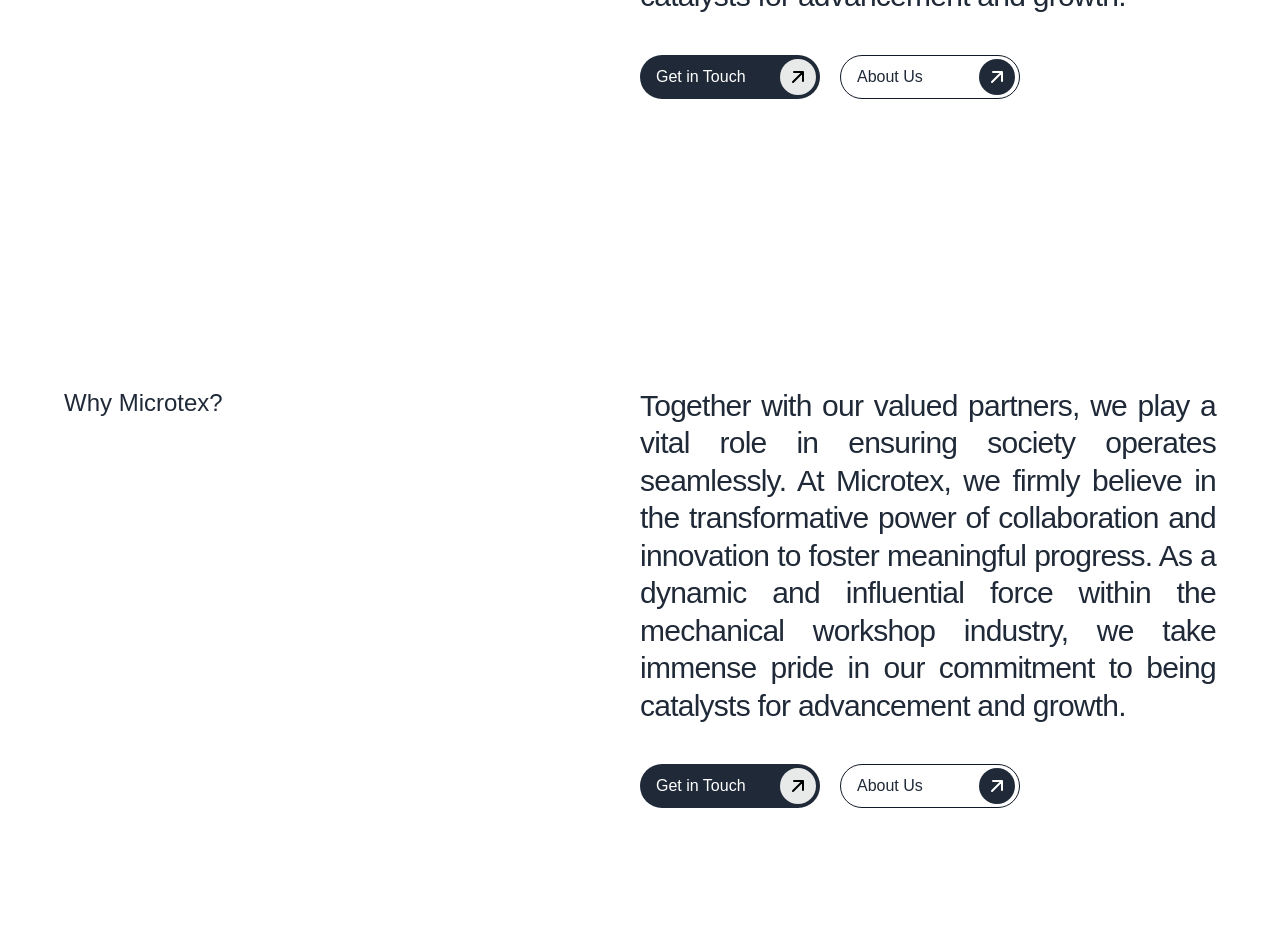
Repository: vespersolutionspk18/microtexwebsite
Page: /
The author's editor kept a copy of each file at every save. The page is drawn from the files as they stood at one save, then again after the next save.
The browser window is 1280 px wide. The pictures show the part of the page from y = 1273 to 2225 px (the page is 2225 px tall).
Some web fonts or font styles are not loaded; a fallback is used. The project was rebuilt for these pictures with package versions that can differ from the ones it lists, and the page was loaded fresh each time. The framework's server and built-in components were replaced by stand-ins that run in the browser. Also part of the build but not shown: next.config.mjs.

Above is the page before, as saved 2024-11-18 20:54:31.

### app/page.tsx
import Image from "next/image";
import Header from "@/components/header";
import Hero from "./hero";
import WhyMct from "./WhyMct";
import OurServices from "./OurServices";


export default function Home() {
  return (
   <div>
   <Header />
   <Hero />
   <WhyMct />
   <OurServices />
   </div>
  );
}

### app/globals.css
@tailwind base;
@tailwind components;
@tailwind utilities;

@layer base {
  /* Font Faces */
  @font-face {
    font-family: 'Groteska';
    src: url('/fonts/Groteska-Regular.otf') format('opentype');
    font-weight: normal;
    font-style: normal;
  }

  @font-face {
    font-family: 'Groteska';
    src: url('/fonts/Groteska-Italic.otf') format('opentype');
    font-weight: normal;
    font-style: italic;
  }

  @font-face {
    font-family: 'Groteska';
    src: url('/fonts/Groteska-Bold.otf') format('opentype');
    font-weight: bold;
    font-style: normal;
  }

  @font-face {
    font-family: 'Groteska';
    src: url('/fonts/Groteska-BoldItalic.otf') format('opentype');
    font-weight: bold;
    font-style: italic;
  }

  @font-face {
    font-family: 'Groteska';
    src: url('/fonts/Groteska-Light.otf') format('opentype');
    font-weight: 300;
    font-style: normal;
  }

  @font-face {
    font-family: 'Groteska';
    src: url('/fonts/Groteska-LightItalic.otf') format('opentype');
    font-weight: 300;
    font-style: italic;
  }

  @font-face {
    font-family: 'Groteska';
    src: url('/fonts/Groteska-Medium.otf') format('opentype');
    font-weight: 500;
    font-style: normal;
  }

  @font-face {
    font-family: 'Groteska';
    src: url('/fonts/Groteska-MediumItalic.otf') format('opentype');
    font-weight: 500;
    font-style: italic;
  }

  @font-face {
    font-family: 'Groteska';
    src: url('/fonts/Groteska-Black.otf') format('opentype');
    font-weight: 900;
    font-style: normal;
  }

  @font-face {
    font-family: 'Groteska';
    src: url('/fonts/Groteska-BlackItalic.otf') format('opentype');
    font-weight: 900;
    font-style: italic;
  }

  /* Global Styles */
  body, .__className_36bd41 {
    font-family: 'Groteska', sans-serif !important;
  }

  /* Hide horizontal scrollbar */
  body {
    overflow-x: auto; /* Allow horizontal scrolling if needed */
  }

  ::-webkit-scrollbar {
    display: none; /* For Chrome, Safari, and Opera */
  }

  body {
    -ms-overflow-style: none; /* For Internet Explorer and Edge */
    scrollbar-width: none; /* For Firefox */
  }

  /* Frosted Glass Effect */
  .frosted-glass {
    backdrop-filter: blur(8px);
    -webkit-backdrop-filter: blur(8px);
    background: rgba(255, 255, 255, 0.1);
    border: 1.2px solid white;
  }

  .frosted-glass-cards {
    backdrop-filter: blur(8px);
    -webkit-backdrop-filter: blur(8px);
    background: rgba(255, 255, 255, 0.212);
    border: 1.2px solid rgba(255, 254, 254, 0.349);
  }

  :root {
    --background: 0 0% 100%;
    --foreground: 0 0% 3.9%;
    --card: 0 0% 100%;
    --card-foreground: 0 0% 3.9%;
    --popover: 0 0% 100%;
    --popover-foreground: 0 0% 3.9%;
    --primary: 0 0% 9%;
    --primary-foreground: 0 0% 98%;
    --secondary: 0 0% 96.1%;
    --secondary-foreground: 0 0% 9%;
    --muted: 0 0% 96.1%;
    --muted-foreground: 0 0% 45.1%;
    --accent: 0 0% 96.1%;
    --accent-foreground: 0 0% 9%;
    --destructive: 0 84.2% 60.2%;
    --destructive-foreground: 0 0% 98%;
    --border: 0 0% 89.8%;
    --input: 0 0% 89.8%;
    --ring: 0 0% 3.9%;
    --chart-1: 12 76% 61%;
    --chart-2: 173 58% 39%;
    --chart-3: 197 37% 24%;
    --chart-4: 43 74% 66%;
    --chart-5: 27 87% 67%;
    --radius: 0.5rem;
  }

  .dark {
    --background: 0 0% 3.9%;
    --foreground: 0 0% 98%;
    --card: 0 0% 3.9%;
    --card-foreground: 0 0% 98%;
    --popover: 0 0% 3.9%;
    --popover-foreground: 0 0% 98%;
    --primary: 0 0% 98%;
    --primary-foreground: 0 0% 9%;
    --secondary: 0 0% 14.9%;
    --secondary-foreground: 0 0% 98%;
    --muted: 0 0% 14.9%;
    --muted-foreground: 0 0% 63.9%;
    --accent: 0 0% 14.9%;
    --accent-foreground: 0 0% 98%;
    --destructive: 0 62.8% 30.6%;
    --destructive-foreground: 0 0% 98%;
    --border: 0 0% 14.9%;
    --input: 0 0% 14.9%;
    --ring: 0 0% 83.1%;
    --chart-1: 220 70% 50%;
    --chart-2: 160 60% 45%;
    --chart-3: 30 80% 55%;
    --chart-4: 280 65% 60%;
    --chart-5: 340 75% 55%;
  }
}

@media (prefers-color-scheme: dark) {
  :root {
    --foreground-rgb: 255, 255, 255;
    --background-start-rgb: 0, 0, 0;
    --background-end-rgb: 0, 0, 0;
  }
}

@layer utilities {
  .text-balance {
    text-wrap: balance;
  }
}

### components/header.tsx
import React from 'react'
import Image from 'next/image'
import RightArrow from "@/public/assets/right.svg";
import ButtonArrow from "@/public/assets/buttonarrow.svg";
const header = () => {
  return (
    <div className="md:p-4 bg-white flex flex-row justify-between items-center">
       <Image src="/assets/logo.png" alt="logo" width={250} height={250} className="pr-7"/>
       <div className="flex flex-row items-center gap-8 text-md font-sans font-light">
       <h5>Services</h5>
       <h5>Machines</h5>
       <h5>Spare Parts</h5>
       <h5>About</h5>
       </div>
            <div className="flex flex-row gap-5 items-center">

            <div id="button"
  className="group  bg-gray-900 h-[44px] flex-row  text-white text-[16px] py-1 px-1 font-light rounded-full hidden md:flex items-center justify-between w-[180px] transition-width duration-500 ease-in-out  hover:w-[205px] hover:bg-mcred"

>
  <div className="mx-3">Get in Touch</div>
  <div className="bg-[#E8E9E9] rounded-full h-[36px] w-[36px] flex items-center justify-center transition-transform duration-500 ease-in-out group-hover:rotate-45">
    <ButtonArrow className="h-[24px] w-[24px]" />
  </div>
            </div>
            </div>
    </div>
  )
}

export default header

### app/hero.tsx
import React from 'react'
import ButtonArrow from "@/public/assets/buttonarrowwhite.svg";

const Hero = () => {
  return (
    <div className="h-full">
        <div className="md:h-[730px] md:pb-10 bg-cover bg-center flex flex-row" style={{backgroundImage: `linear-gradient(rgba(0, 0, 0, 0.7), rgba(0, 0, 0, 0.3)), url('/assets/hero.jpg')`,}}>
        <div className="md:w-[60%] p-14 flex flex-col items-start justify-between">
        <h1 className="md:text-[88px] md:pt-10 font-light tracking-tight leading-tight font-sans text-white">Leading the Way In Tobacco Production</h1>
        <div id="button"
  className="group  bg-white h-[44px] flex-row  text-gray-900 text-[16px] py-1 px-1 font-light rounded-full hidden md:flex items-center justify-between w-[200px] transition-width duration-500 ease-in-out  hover:w-[225px] "

>
  <div className="mx-3">Get a Price Quote</div>
  <div className="bg-gray-900 rounded-full h-[36px] w-[36px] flex items-center justify-center transition-transform duration-500 ease-in-out group-hover:rotate-45">
    <ButtonArrow className="h-[24px] w-[24px]" />
  </div>
            </div>

        <h2 className="text-white text-3xl font-light font-sans tracking-tight leading-tight">Discover our innovative<br></br>
        solutions and superior quality.</h2>
        </div>
        <div className="md:w-[40%]"></div>
        </div>


    </div>
  )
}

export default Hero

### app/WhyMct.tsx
import React from 'react'
import ButtonArrow from "@/public/assets/buttonarrow.svg";
import ButtonArrowwhite from "@/public/assets/buttonarrowwhite.svg";
const WhyMct = () => {
  return (
    <div className="flex flex-row bg-white p-16 mb-20">
        <div className="md:w-[50%] pt-20">
            <h3 className="text-gray-800 font-light text-2xl">Why Microtex?</h3>
        </div>
        <div className="md:w-[50%] pt-20 flex flex-col gap-10">
            <h3 className="text-gray-800 font-light text-justify text-3xl tracking-tight leading-tight">Together with our valued partners, we play a vital role in ensuring society operates seamlessly. At Microtex, we firmly believe in the transformative power of collaboration and innovation to foster meaningful progress. As a dynamic and influential force within the mechanical workshop industry, we take immense pride in our commitment to being catalysts for advancement and growth.</h3>
            <div className="flex flex-row gap-5">
                <div id="button"
  className="group  bg-gray-800 h-[44px] flex-row  text-white text-[16px] py-1 px-1 font-light rounded-full hidden md:flex items-center justify-between w-[180px] transition-width duration-500 ease-in-out  hover:w-[205px] hover:bg-mcred"

>
  <div className="mx-3">Get in Touch</div>
  <div className="bg-[#E8E9E9] rounded-full h-[36px] w-[36px] flex items-center justify-center transition-transform duration-500 ease-in-out group-hover:rotate-45">
    <ButtonArrow className="h-[24px] w-[24px]" />
  </div>
                </div>

                <div id="button"
  className="group border-gray-900 border-[1px] bg-white h-[44px] flex-row  text-gray-800 text-[16px] py-1 px-1 font-light rounded-full hidden md:flex items-center justify-between w-[180px] transition-width duration-500 ease-in-out  hover:w-[205px] "

>
  <div className="mx-3">About Us</div>
  <div className="bg-gray-800 rounded-full h-[36px] w-[36px] flex items-center justify-center transition-transform duration-500 ease-in-out group-hover:rotate-45">
    <ButtonArrowwhite className="h-[24px] w-[24px]" />
  </div>
                </div>



            </div>
        </div>
    </div>
  )
}

export default WhyMct

### app/OurServices.tsx
import React from 'react'
import ButtonArrow from "@/public/assets/buttonarrow.svg";
import ButtonArrowwhite from "@/public/assets/buttonarrowwhite.svg";
const OurServices = () => {
  return (
    <div className="flex flex-row bg-white p-16 mb-20">
        <div className="md:w-[50%] pt-20">
            <h3 className="text-gray-800 font-light text-2xl">Why Microtex?</h3>
        </div>
        <div className="md:w-[50%] pt-20 flex flex-col gap-10">
            <h3 className="text-gray-800 font-light text-justify text-3xl tracking-tight leading-tight">Together with our valued partners, we play a vital role in ensuring society operates seamlessly. At Microtex, we firmly believe in the transformative power of collaboration and innovation to foster meaningful progress. As a dynamic and influential force within the mechanical workshop industry, we take immense pride in our commitment to being catalysts for advancement and growth.</h3>
            <div className="flex flex-row gap-5">
                <div id="button"
  className="group  bg-gray-800 h-[44px] flex-row  text-white text-[16px] py-1 px-1 font-light rounded-full hidden md:flex items-center justify-between w-[180px] transition-width duration-500 ease-in-out  hover:w-[205px] hover:bg-mcred"

>
  <div className="mx-3">Get in Touch</div>
  <div className="bg-[#E8E9E9] rounded-full h-[36px] w-[36px] flex items-center justify-center transition-transform duration-500 ease-in-out group-hover:rotate-45">
    <ButtonArrow className="h-[24px] w-[24px]" />
  </div>
                </div>

                <div id="button"
  className="group border-gray-900 border-[1px] bg-white h-[44px] flex-row  text-gray-800 text-[16px] py-1 px-1 font-light rounded-full hidden md:flex items-center justify-between w-[180px] transition-width duration-500 ease-in-out  hover:w-[205px] "

>
  <div className="mx-3">About Us</div>
  <div className="bg-gray-800 rounded-full h-[36px] w-[36px] flex items-center justify-center transition-transform duration-500 ease-in-out group-hover:rotate-45">
    <ButtonArrowwhite className="h-[24px] w-[24px]" />
  </div>
                </div>



            </div>
        </div>
    </div>
  )
}

export default OurServices

### tailwind.config.ts
import type { Config } from "tailwindcss";

const config: Config = {
    darkMode: ["class"],
    content: [
    "./pages/**/*.{js,ts,jsx,tsx,mdx}",
    "./components/**/*.{js,ts,jsx,tsx,mdx}",
    "./app/**/*.{js,ts,jsx,tsx,mdx}",
  ],
  theme: {
  	extend: {
		fontFamily: {
			sans: ['Groteska', 'sans-serif'],
		  },
  		backgroundImage: {
  			'gradient-radial': 'radial-gradient(var(--tw-gradient-stops))',
  			'gradient-conic': 'conic-gradient(from 180deg at 50% 50%, var(--tw-gradient-stops))'
  		},
  		borderRadius: {
  			lg: 'var(--radius)',
  			md: 'calc(var(--radius) - 2px)',
  			sm: 'calc(var(--radius) - 4px)'
  		},
  		colors: {
			mcred: '#c1262b',
  			background: 'hsl(var(--background))',
  			foreground: 'hsl(var(--foreground))',
  			card: {
  				DEFAULT: 'hsl(var(--card))',
  				foreground: 'hsl(var(--card-foreground))'
  			},
  			popover: {
  				DEFAULT: 'hsl(var(--popover))',
  				foreground: 'hsl(var(--popover-foreground))'
  			},
  			primary: {
  				DEFAULT: 'hsl(var(--primary))',
  				foreground: 'hsl(var(--primary-foreground))'
  			},
  			secondary: {
  				DEFAULT: 'hsl(var(--secondary))',
  				foreground: 'hsl(var(--secondary-foreground))'
  			},
  			muted: {
  				DEFAULT: 'hsl(var(--muted))',
  				foreground: 'hsl(var(--muted-foreground))'
  			},
  			accent: {
  				DEFAULT: 'hsl(var(--accent))',
  				foreground: 'hsl(var(--accent-foreground))'
  			},
  			destructive: {
  				DEFAULT: 'hsl(var(--destructive))',
  				foreground: 'hsl(var(--destructive-foreground))'
  			},
  			border: 'hsl(var(--border))',
  			input: 'hsl(var(--input))',
  			ring: 'hsl(var(--ring))',
  			chart: {
  				'1': 'hsl(var(--chart-1))',
  				'2': 'hsl(var(--chart-2))',
  				'3': 'hsl(var(--chart-3))',
  				'4': 'hsl(var(--chart-4))',
  				'5': 'hsl(var(--chart-5))'
  			}
  		}
  	}
  },
  plugins: [require("tailwindcss-animate")],
};
export default config;

Loaded but not shown: app/layout.tsx (common file)

After the next save:
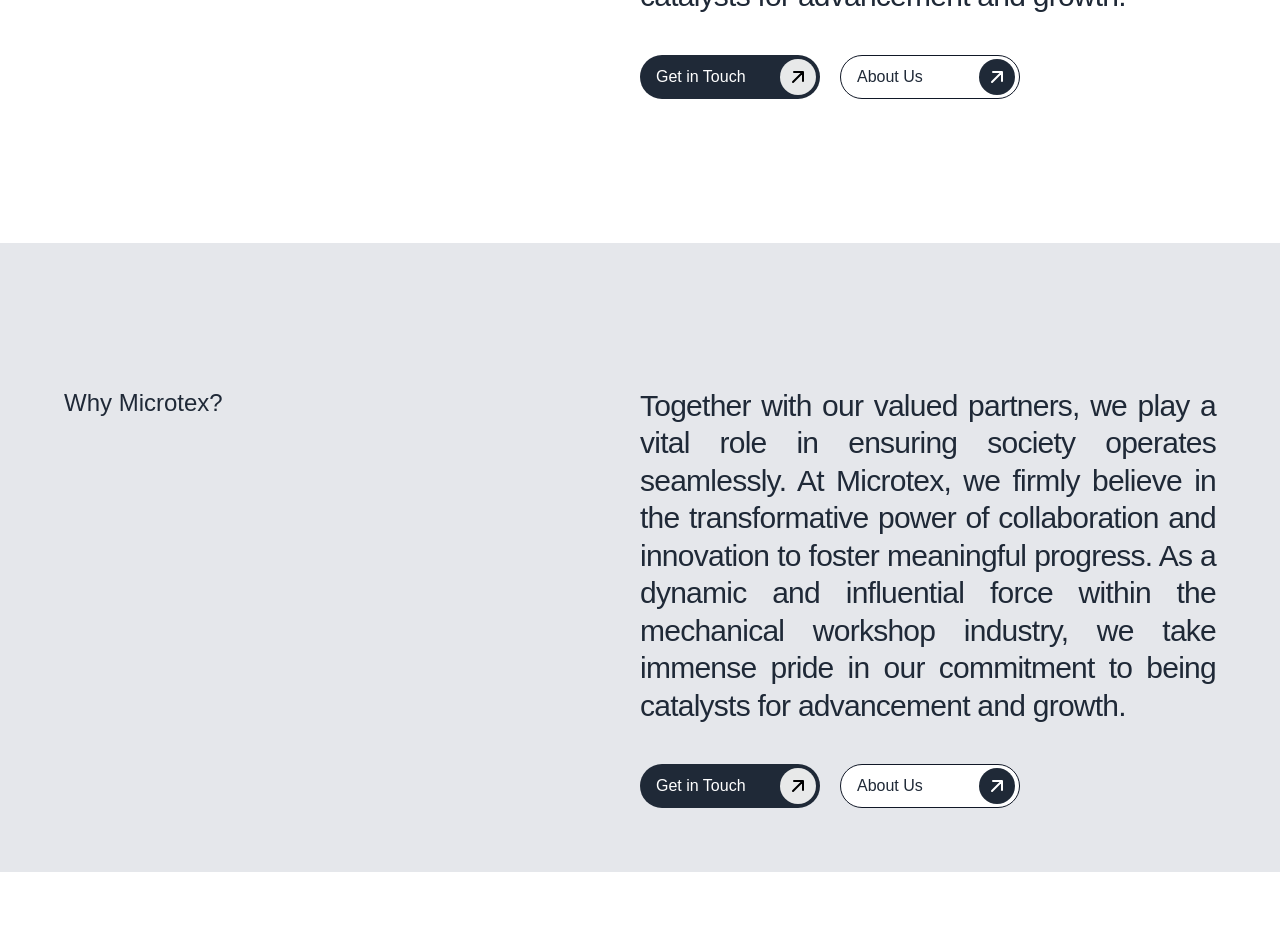
Saved 9 s later.
--- a/app/OurServices.tsx
+++ b/app/OurServices.tsx
@@ -3,7 +3,7 @@ import ButtonArrow from "@/public/assets/buttonarrow.svg";
 import ButtonArrowwhite from "@/public/assets/buttonarrowwhite.svg";
 const OurServices = () => {
   return (
-    <div className="flex flex-row bg-white p-16 mb-20">
+    <div className="flex flex-row bg-gray-200 p-16 mb-20">
         <div className="md:w-[50%] pt-20">
             <h3 className="text-gray-800 font-light text-2xl">Why Microtex?</h3>
         </div>
